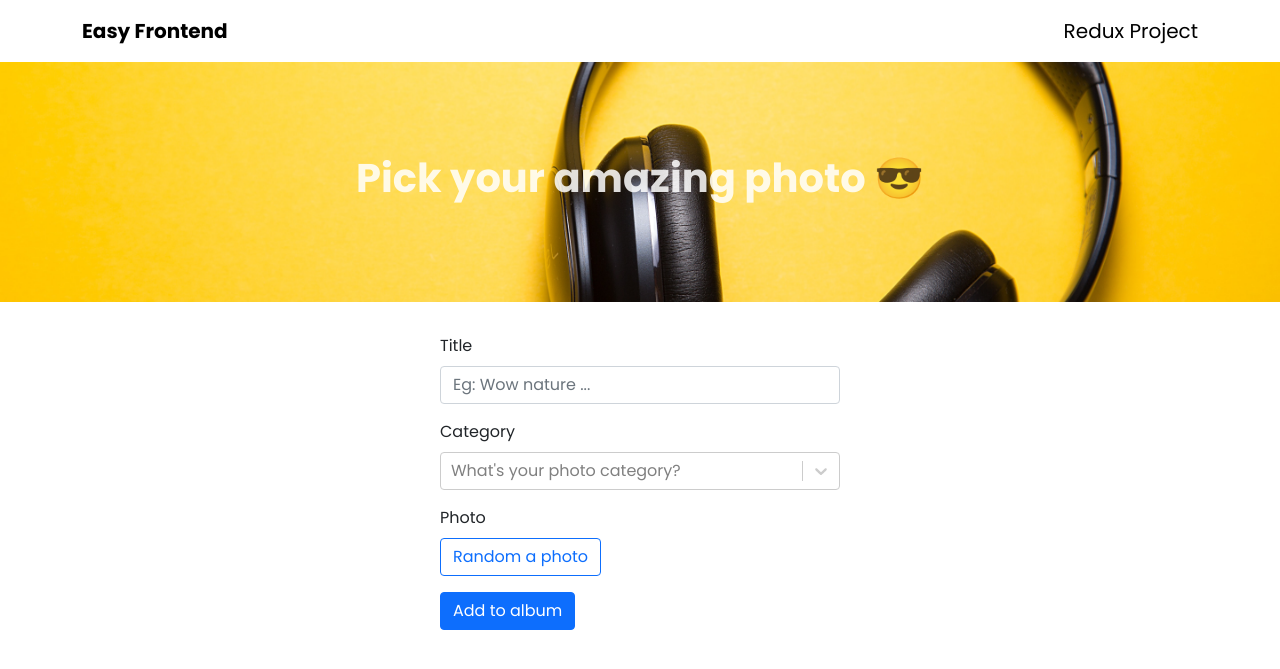
Repository: duckhai80/Redux-photo-app
Page: /photos/add
An editor plug-in stored every save of this project. The page is shown before and after the next save, followed by the edit.
The browser window is 1280 px wide. The pictures show the whole page.
The project was rebuilt for these pictures with package versions that can differ from the ones it lists, and the page was loaded fresh each time. Also part of the build but not shown: src/App.css, src/components/NotFound/index.jsx.

Above is the page before, as saved 2021-10-29 22:09:14.

After the next save:
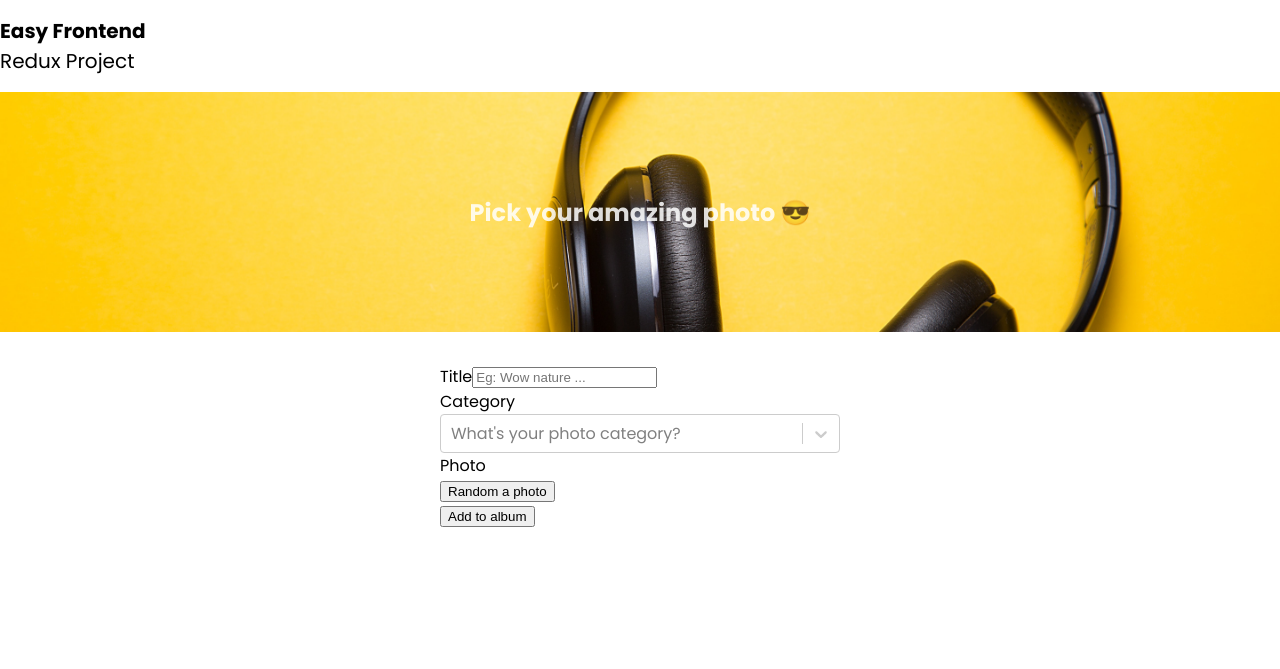
Saved 7 min 21 s later.
--- a/src/index.js
+++ b/src/index.js
@@ -1,4 +1,4 @@
-import "bootstrap/dist/css/bootstrap.css";
+// import "bootstrap/dist/css/bootstrap.css";
 import React from "react";
 import ReactDOM from "react-dom";
 import App from "./App";

After the save that followed:
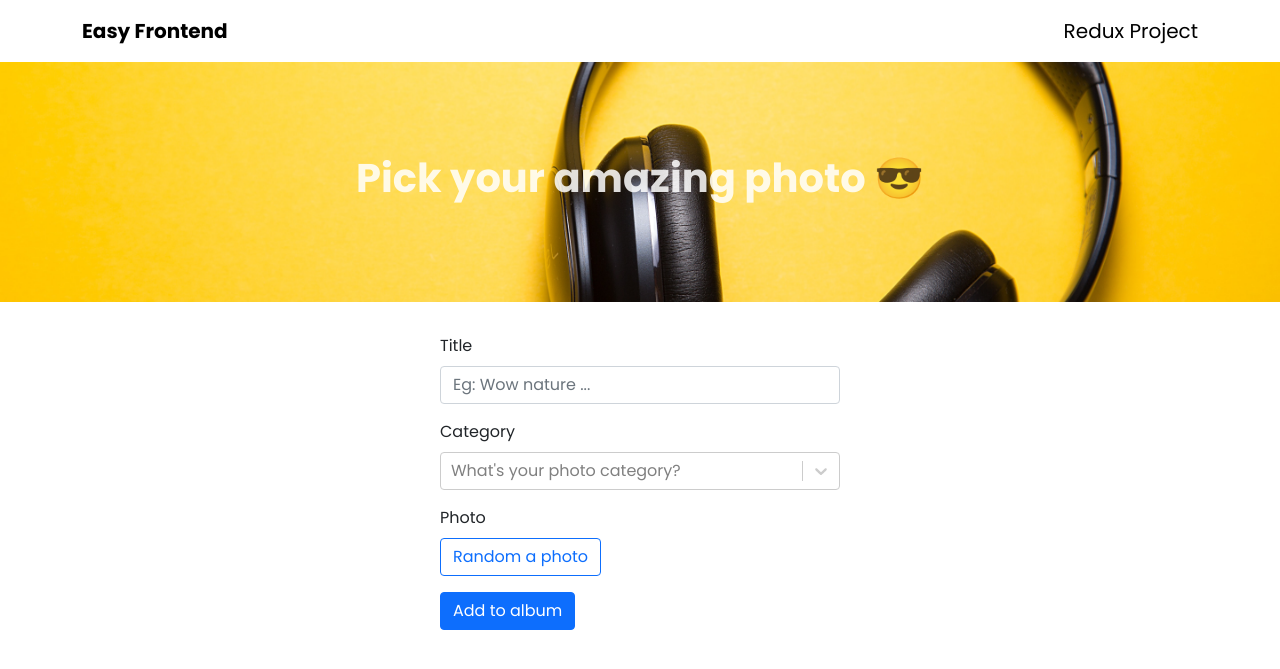
Saved 4 min 10 s later.
--- a/src/index.js
+++ b/src/index.js
@@ -1,4 +1,4 @@
-// import "bootstrap/dist/css/bootstrap.css";
+import "bootstrap/dist/css/bootstrap.css";
 import React from "react";
 import ReactDOM from "react-dom";
 import App from "./App";
